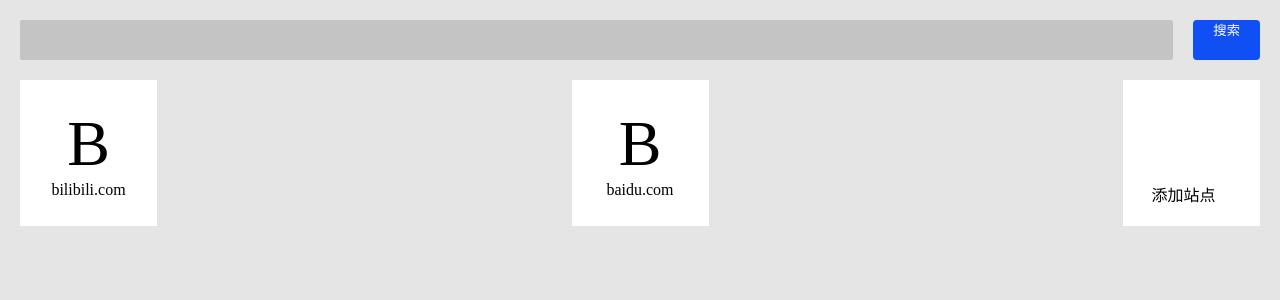
Repository: chenguocan/-
Page: src/index.html
These files come from the project's save history. The page is drawn as it stood at one moment and after the next save; the edit follows.
The browser window is 1280 px wide. The pictures show the whole page.

Above is the page before, as saved 2020-08-12 09:02:52.

After the next save:
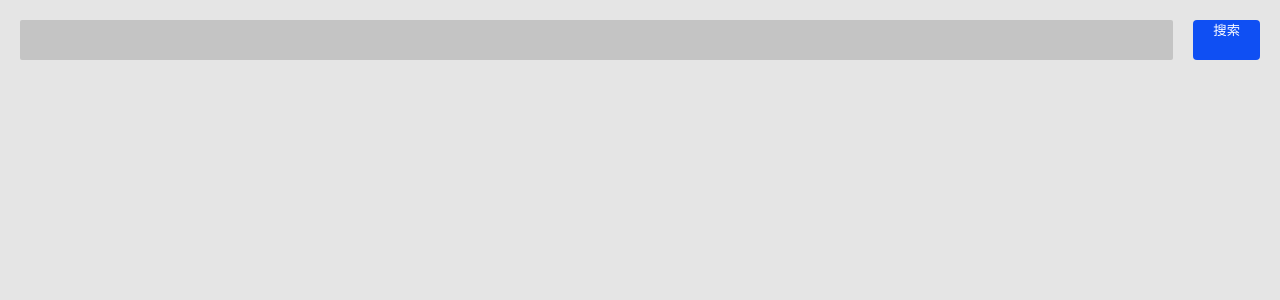
Saved 21 s later.
--- a/src/main.js
+++ b/src/main.js
@@ -17,6 +17,7 @@
     return url.replace("http://", "").replace("https://", "").replace("www.", "").replace(/\/.*/, '')
 })
 const hashMapList = () => {
+    $siteList.find('li:not(.last)').remove()
     hashMap.forEach((item, index) => {
         let $string = $(`
     <li>

After the save that followed:
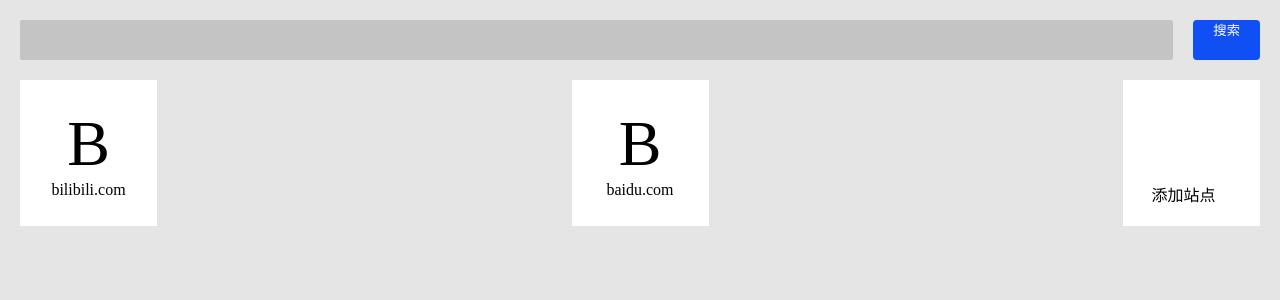
Saved 5 s later.
--- a/src/main.js
+++ b/src/main.js
@@ -17,7 +17,7 @@
     return url.replace("http://", "").replace("https://", "").replace("www.", "").replace(/\/.*/, '')
 })
 const hashMapList = () => {
-    $siteList.find('li:not(.last)').remove()
+
     hashMap.forEach((item, index) => {
         let $string = $(`
     <li>
